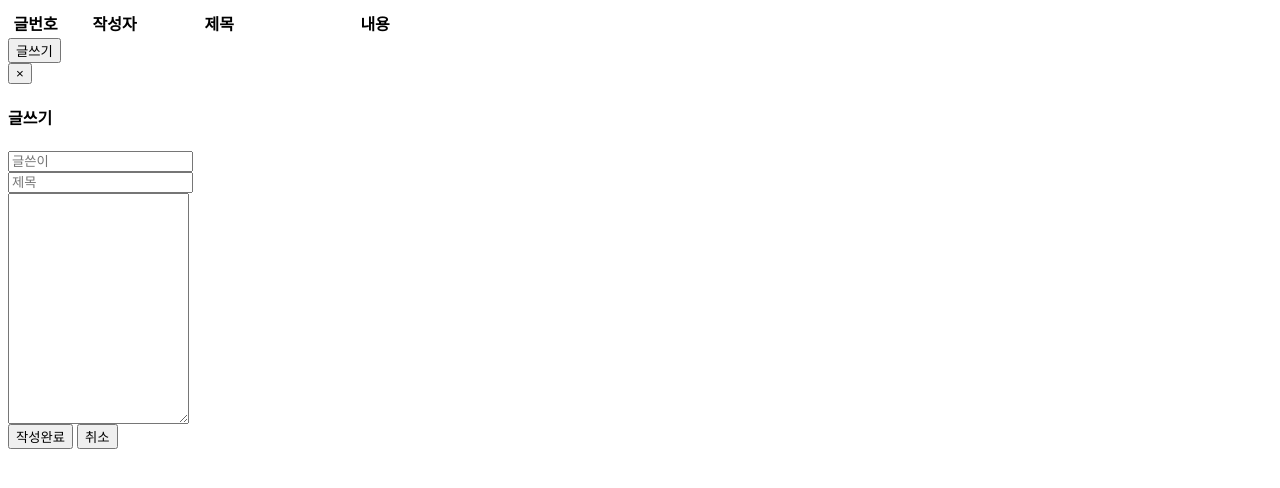
Repository: jjjikolpp/Developer
Page: http://localhost/myProject/include_normal_board.jsp
The author's editor kept a copy of each file at every save. The page is drawn from the files as they stood at one save, then again after the next save.
The browser window is 1280 px wide. The pictures show the whole page.
The page is served by Tomcat 9. Nobody is signed in. The application's start-up code is not run.

Above is the page before, as saved 2017-04-13 08:42:12.
Console error: ReferenceError: $ is not defined

After the next save:
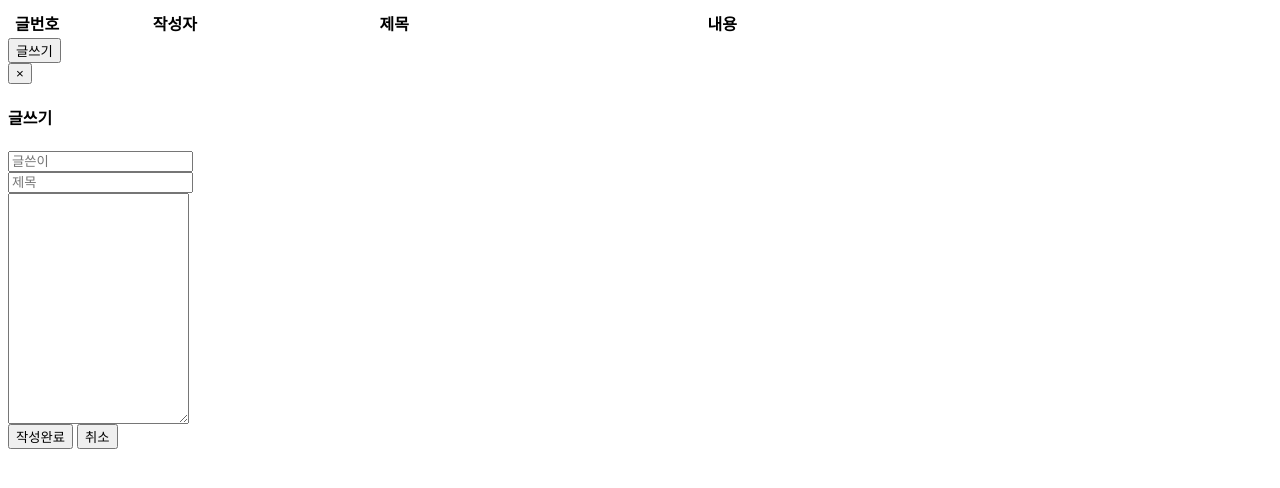
Saved 11 s later.
--- a/myProject/src/main/webapp/include_normal_board.jsp
+++ b/myProject/src/main/webapp/include_normal_board.jsp
@@ -393,7 +393,7 @@
 		<table class="table">
 			<thead>
 				<tr>
-					<th width="10%">글번호</th>
+					<th width="5%">글번호</th>
 					<th width="20%">작성자</th>
 					<th width="20%">제목</th>
 					<th width="40%">내용</th>
